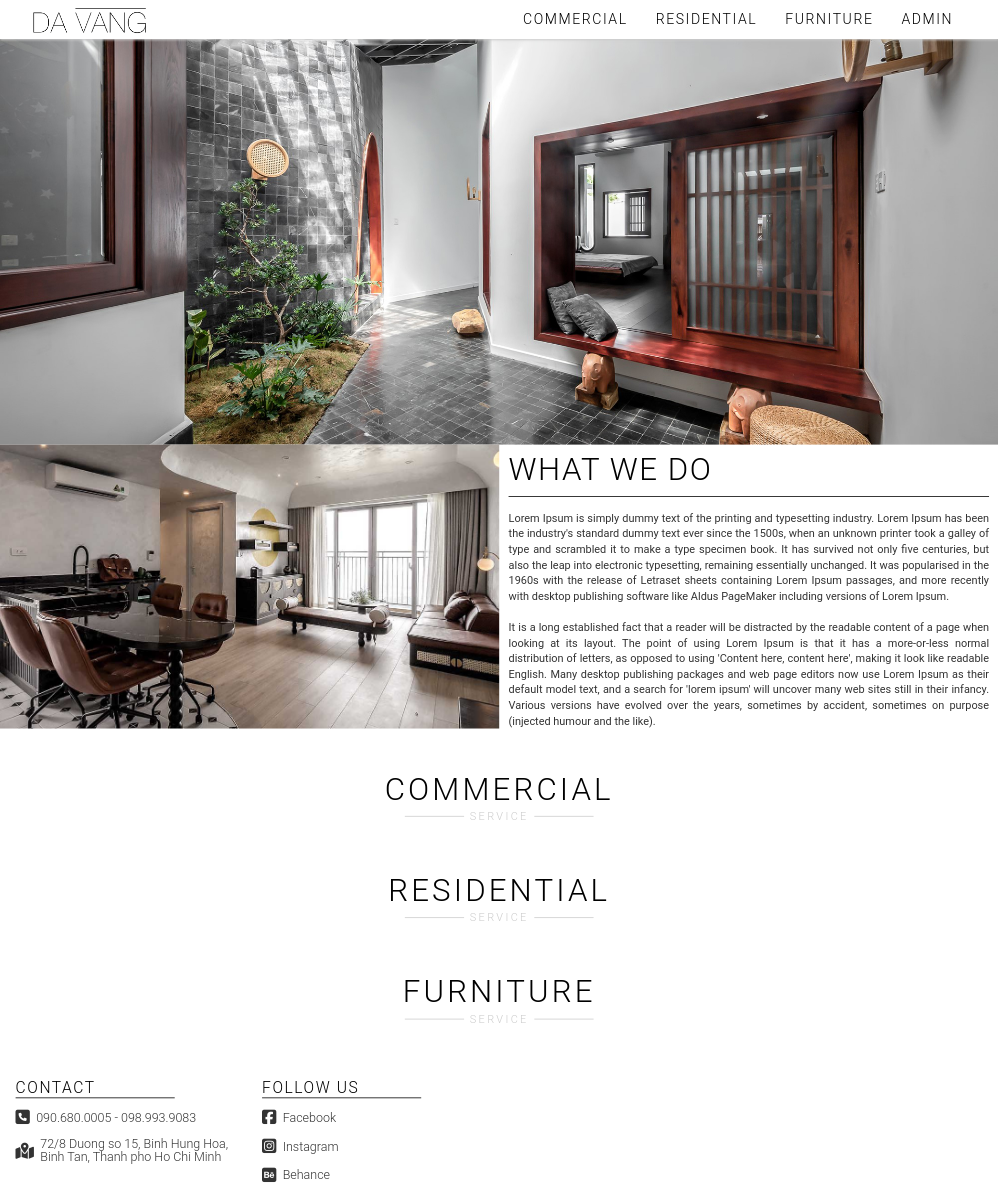
Repository: ThangNguyenT5/phpDavang
Page: http://localhost/
An editor plug-in stored every save of this project. The page is shown before and after a run of saves, followed by the edit.
The browser window is 1280 px wide. The pictures show the whole page, at 78% of full size.
Pictures or frames that could not be fetched are drawn as grey boxes. Some web libraries are served in a nearby version. The page is run by PHP 8.4 with error messages shown; the project is at /var/www/html/. Queries for data that is not in the repository find no rows.

Above is the page before, as saved 2023-06-02 07:22:59.

### index.php
<?php
    require("./connect_db.php");
    $title_commercial = 'commercial';
    $title_residential = 'residential';
    $title_furniture = 'furniture';
    $sql = "SELECT * FROM `product` WHERE `title` = '$title_commercial' ";
    $sql_res = "SELECT * FROM `product` WHERE `title` = '$title_residential' ";
    $sql_fu = "SELECT * FROM `product` WHERE `title` = '$title_furniture' ";
    $query = mysqli_query($conn,$sql);
    $query_res = mysqli_query($conn,$sql_res);
    $query_fu = mysqli_query($conn,$sql_fu);
?>
<!DOCTYPE html>
<html lang="en">
<head>
    <meta charset="UTF-8">
    <meta http-equiv="X-UA-Compatible" content="IE=edge">
    <meta name="viewport" content="width=device-width, initial-scale=1.0">
    <title>Da Vàng</title>
    <link rel="icon" href="./assets/img/Logo.png">
    <link rel="stylesheet" href="./assets/css/base.css">
    <link rel="stylesheet" href="./assets/css/main.css">
    <link rel="stylesheet" href="./assets/css/grid-ns.css">
    <link rel="stylesheet" href="./assets/css/responsive.css">
</head>
<body>
    <div class="main">
        <!-- Header -->
        <div class="header">
            <div class="grid wide">
                <div class="row header__navbar no-gutters">
                    <div class="header__logo">
                        <a href="#" class="header__logo-link">
                            <img src="./assets/img/logo_text.png" alt="" class="header__logo-img">
                        </a>
                    </div>
                    <!-- Navbar PC -->
                    <label for="navbar-mobile--checkbox" class="header__navbar-mobile">
                        <i class="header__navbar-mobile--icon fa-solid fa-bars"></i>
                    </label>
                    <input type="checkbox" hidden id="navbar-mobile--checkbox" class="header__navbar-mobile--checkbox">
                    <label for="navbar-mobile--checkbox" class="header__modal-navbar"></label>
                    <ul class="header__navbar-list">
                        <li class="header__navbar-item">
                            <label for="navbar-mobile--checkbox" class="header__navbar-mobile">
                                <i class="header__navbar-mobile--icon fa-solid fa-bars"></i>
                            </label>
                        </li>
                        <li class="header__navbar-item">
                            <a href="#commercial" class="header__navbar-item--link">Commercial</a>
                        </li>
                        <li class="header__navbar-item">
                            <a href="#residential" class="header__navbar-item--link">Residential</a>
                        </li>
                        <li class="header__navbar-item">
                            <a href="#furniture" class="header__navbar-item--link">Furniture</a>
                        </li>
                        <li class="header__navbar-item">
                            <a href="./admin/login.php" class="header__navbar-item--link">Admin</a>
                        </li>
                    </ul>
                </div>
            </div>
        </div>
        <!-- Container -->
        <div class="container">
            <!-- Slider -->
            <div class="slider_main">
                <div class="slider_item">
                    <img src="./assets/img/background_home.jpg" alt="background">
                </div>
                <div class="slider_item">
                    <img src="./assets/img/background_home 2.jpg" alt="background">
                </div>
                <div class="slider_item">
                    <img src="./assets/img/background_home 3.jpg" alt="background">
                </div>
            </div>
            <!-- About -->
            <div class="grid">
                    <div id="about" class="content__about row">
                        <div class="content__about-img col l-6 m-6 c-12" style="background-image: url(./assets/img/img_about.jpg);">
                        </div>
                        <div class="content__about-header col l-6 m-6 c-12">
                            <h1 class="content__about--heading">WHAT WE DO</h1>
                            <p class="content__about--text">
                                Lorem Ipsum is simply dummy text of the printing and typesetting industry. Lorem Ipsum has been the industry's standard dummy text ever since the 1500s, when an unknown printer took a galley of type and scrambled it to make a type specimen book. It has survived not only five centuries, but also the leap into electronic typesetting, remaining essentially unchanged. It was popularised in the 1960s with the release of Letraset sheets containing Lorem Ipsum passages, and more recently with desktop publishing software like Aldus PageMaker including versions of Lorem Ipsum.
                                <br>
                                <br>
                                It is a long established fact that a reader will be distracted by the readable content of a page when looking at its layout. The point of using Lorem Ipsum is that it has a more-or-less normal distribution of letters, as opposed to using 'Content here, content here', making it look like readable English. Many desktop publishing packages and web page editors now use Lorem Ipsum as their default model text, and a search for 'lorem ipsum' will uncover many web sites still in their infancy. Various versions have evolved over the years, sometimes by accident, sometimes on purpose (injected humour and the like).
                            </p>
                        </div>
                    </div>
            </div>
            <!-- Home Product -->
            <div id="commercial" class="grid wide">
                <!-- Service -->
                <div class="content__service-header col">
                    <h1 class="content__service--heading">COMMERCIAL</h1>
                    <span class="content__servide--sub-heading">SERVICE</span>
                </div>
                <!-- Product -->
                <div class="content__service-project row">
                    <?php
                    while ($row = mysqli_fetch_array($query)) {
                    ?>
                    <div class="col l-3 m-4 c-6">
                                    <a href="" class="content__service-item">
                                    <div class="content__service-item--img" style="background-image: url(./admin/images/<?= $row['imgUrl'] ?>);"></div>
                                </a>
                            </div>
                    <?php } ?>
                </div>
            </div>
            <div id="residential" class="grid wide">
                <!-- Service -->
                <div class="content__service-header col">
                    <h1 class="content__service--heading">RESIDENTIAL</h1>
                    <span class="content__servide--sub-heading">SERVICE</span>
                </div>
                <!-- Product -->
                <div class="content__service-project row">
                    <?php
                        while ($row = mysqli_fetch_array($query_res)) {
                        ?>
                        <div class="col l-3 m-4 c-6">
                                        <a href="" class="content__service-item">
                                        <div class="content__service-item--img" style="background-image: url(./admin/images/<?= $row['imgUrl'] ?>);"></div>
                                    </a>
                                </div>
                    <?php } ?>
            </div>
            <div id="furniture" class="grid wide">
                <!-- Service -->
                <div class="content__service-header col">
                    <h1 class="content__service--heading">FURNITURE</h1>
                    <span class="content__servide--sub-heading">SERVICE</span>
                </div>
                <!-- Product -->
                <div class="content__service-project row">
                    <?php
                        while ($row = mysqli_fetch_array($query_fu)) {
                        ?>
                        <div class="col l-12 m-12 c-12">
                                        <a href="" class="content__service-item">
                                        <div class="content__service-item--img" style="background-image: url(./admin/images/<?= $row['imgUrl'] ?>);"></div>
                                    </a>
                                </div>
                    <?php } ?>
                </div>
            </div>
        </div>
        <!-- Footer -->
        <div class="footer grid">
            <div class="footer row">
                <div class="col l-3 m-6 c-6">
                    <div class="footer__contact">
                        <h1 class="footer__contact-heading">Contact</h1>
                        <ul class="footer__contact-list">
                            <li class="footer__contact-item">
                                <p class="footer__contact-text">
                                    <i class="footer__contact-icon fa-solid fa-square-phone"></i>
                                    090.680.0005 - 098.993.9083
                                </p>
                            </li>
                            <li class="footer__contact-item">
                                <p class="footer__contact-text">
                                    <i class="footer__contact-icon fa-solid fa-map-location-dot"></i>
                                    72/8 Duong so 15, Binh Hung Hoa, Binh Tan, Thanh pho Ho Chi Minh
                                </p>
                            </li>
                        </ul>
                    </div>
                </div>
                <div class="col l-3 m-6 c-6">
                    <div class="footer__follow">
                        <h1 class="footer__follow-heading">Follow Us</h1>
                        <ul class="footer__follow-list">
                            <li class="footer__follow-item">
                                <a href="https://www.facebook.com/davangstudio" class="footer__follow-link">
                                    <i class="footer__follow-icon fa-brands fa-facebook-square"></i>
                                    Facebook
                                </a>
                            </li>
                            <li class="footer__follow-item">
                                <a href="https://www.instagram.com/davang.com.vn" class="footer__follow-link">
                                    <i class="footer__follow-icon fa-brands fa-instagram-square"></i>
                                    Instagram
                                </a>
                            </li>
                            <li class="footer__follow-item">
                                <a href="https://www.behance.net/keinguyen5691" class="footer__follow-link">
                                    <i class="footer__follow-icon fa-brands fa-behance-square"></i>
                                    Behance
                                </a>
                            </li>

                        </ul>
                    </div>
                </div>
                <div class="col l-6 m-12 c-12">
                    <iframe src="https://www.google.com/maps/embed?pb=!1m18!1m12!1m3!1d3919.1269469559106!2d106.60554891528407!3d10.801587961681218!2m3!1f0!2f0!3f0!3m2!1i1024!2i768!4f13.1!3m3!1m2!1s0x31752bbaaee4263f%3A0xc0714c99622bdcc0!2sda%20v%C3%A0ng%20studio!5e0!3m2!1svi!2s!4v1652198080525!5m2!1svi!2s" style="border:0;" allowfullscreen="" loading="lazy" referrerpolicy="no-referrer-when-downgrade" class="footer__map"></iframe>
                </div>
            </div>
        </div>
    </div>
    <script src="./app.js"></script>
    <script src="https://kit.fontawesome.com/0eca951f73.js" crossorigin="anonymous"></script>
</body>
</html>

### connect_db.php
<?php
$servername = "localhost";
$username = "root";
$password = "";
$database = "db_davang";

// Create connection
$conn = new mysqli($servername, $username, $password, $database);

// Check connection
// if ($conn->connect_error) {
//     die("Connection failed: " . $conn->connect_error);
// }
// echo "Connected successfully";
?>

### assets/css/base.css
/* reset Css */
* {
    padding: 0;
    margin: 0;
    box-sizing: inherit;
}

html {
    font-size: 62.5%;
    line-height: 1.6rem;
    font-family: 'Roboto', sans-serif;
    box-sizing: border-box;
    scroll-behavior: smooth;
}

.main {
    overflow: hidden;
}

/* Var */
:root {
    --white-color: #fff;
    --black-color: #000;
    --text-color: #333;
    --primary-color: #c7935a;
    --border-color: #ccc;

    --header-height: 50px;
    --navbar-min-width: 300px;
}

/* Animation */
@keyframes opacityUp {
    from{
        opacity: 0;
    }
    to{
        opacity: 1;
    }
}

@keyframes slideIn {
    from{
        opacity: 0;
        transform: translateX(100%);
    }
    to {
        opacity: 1;
        transform: translateX(0);
    }
}

### assets/css/responsive.css
/* PC > PC low resolution < 1024px & < 1239px */
@media (min-width: 1024px) and (max-width: 1239px) {
    .content__service-item{
        margin: 8px 0;
    }

    .footer {
        margin: unset;
    }
    .footer.row {
        margin: 0 8px;
        margin-top: var(--header-height);
    }
}

/* Mobile & Tablet */
@media (max-width: 1023px) {
    .hide-on-mobile-tablet {
        display: none;
    }
    .header__navbar-mobile {
        display: flex;
    }
    .content__about {
        margin-top: -9px;
    }
    .content__about--heading {
        font-size: 2rem;
        line-height: 2.2rem;
        padding: 8px 0;
    }
    .content__about--text {
        padding-top: 10px;
        font-size: 1rem;
        line-height: 1.2rem;
    }
    .header__navbar-list {
        display: block;
        position: fixed;
        min-width: var(--navbar-min-width);
        background-color: #FFF;
        top: 0;
        bottom: 0;
        right: 0;
        /* animation: slideIn linear 0.2s; */
        opacity: 0;
        transform: translateX(100%);
        transition: transform linear 0.2s, opacity linear 0.2s;
    }
    .footer {
        margin: unset;
    }
    .footer.row {
        margin: 0 8px;
        margin-top: var(--header-height);
    }
}

/* Tablet */
@media (min-width: 740px) and (max-width: 1023px) {
    .hide-on-tablet{
        display: none;
    }
    .content__service-item{
        margin: 8px 0;
    }
}

/* Mobile */
@media (max-width: 739px) {
    .hide-on-mobile{
        display: none;
    }
    .header__logo {
        margin-left: 8px;
    }
    .header__navbar-list{
        min-width: calc(var(--navbar-min-width) - 50px);
    }
    .content__about.row{
        flex-direction: column-reverse;
    }
    .content__about-header {
        margin: 0 8px;
    }
    .content__about--heading,
    .content__about--text {
        margin: unset;
    }
    .content__about--heading {
        padding-top: 16px;
    }

    .content__about-img{
        padding-top: 100%;
    }
    .content__service-item{
        margin: 4px 0;
    }
    .content__service-project {
        margin: 0 -10px;
    }
}

Loaded but not shown: app.js (20 lines, source omitted); assets/css/grid-ns.css (590 lines, source omitted); assets/css/main.css (338 lines, source omitted)

After the next 2 saves:
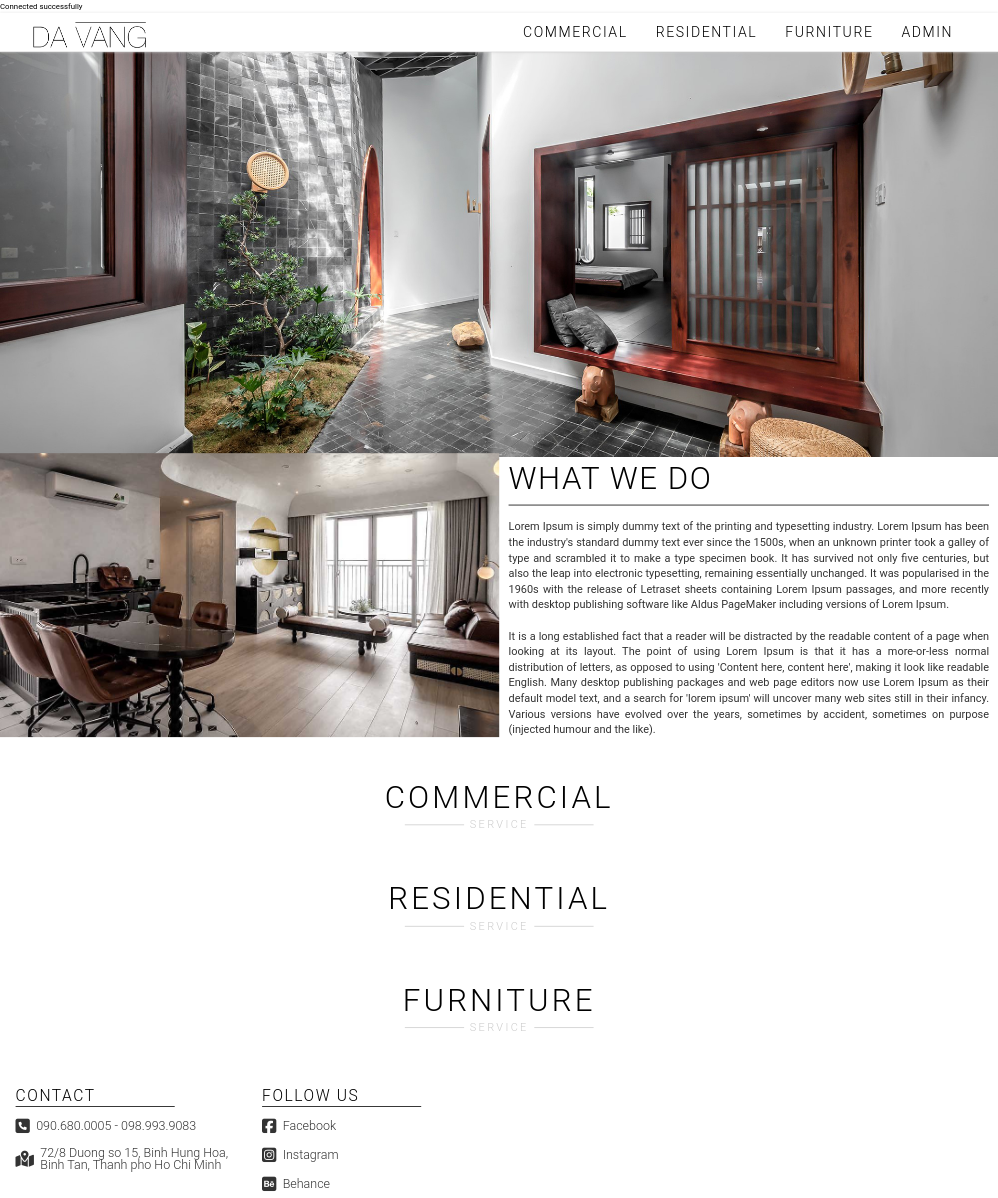
The 2 saves are shown as one change because they came seconds apart.
The last was saved 22 days later.
--- a/connect_db.php
+++ b/connect_db.php
@@ -8,8 +8,8 @@
 $conn = new mysqli($servername, $username, $password, $database);
 
 // Check connection
-// if ($conn->connect_error) {
-//     die("Connection failed: " . $conn->connect_error);
-// }
-// echo "Connected successfully";
+if ($conn->connect_error) {
+    die("Connection failed: " . $conn->connect_error);
+}
+echo "Connected successfully";
 ?>

After the save that followed:
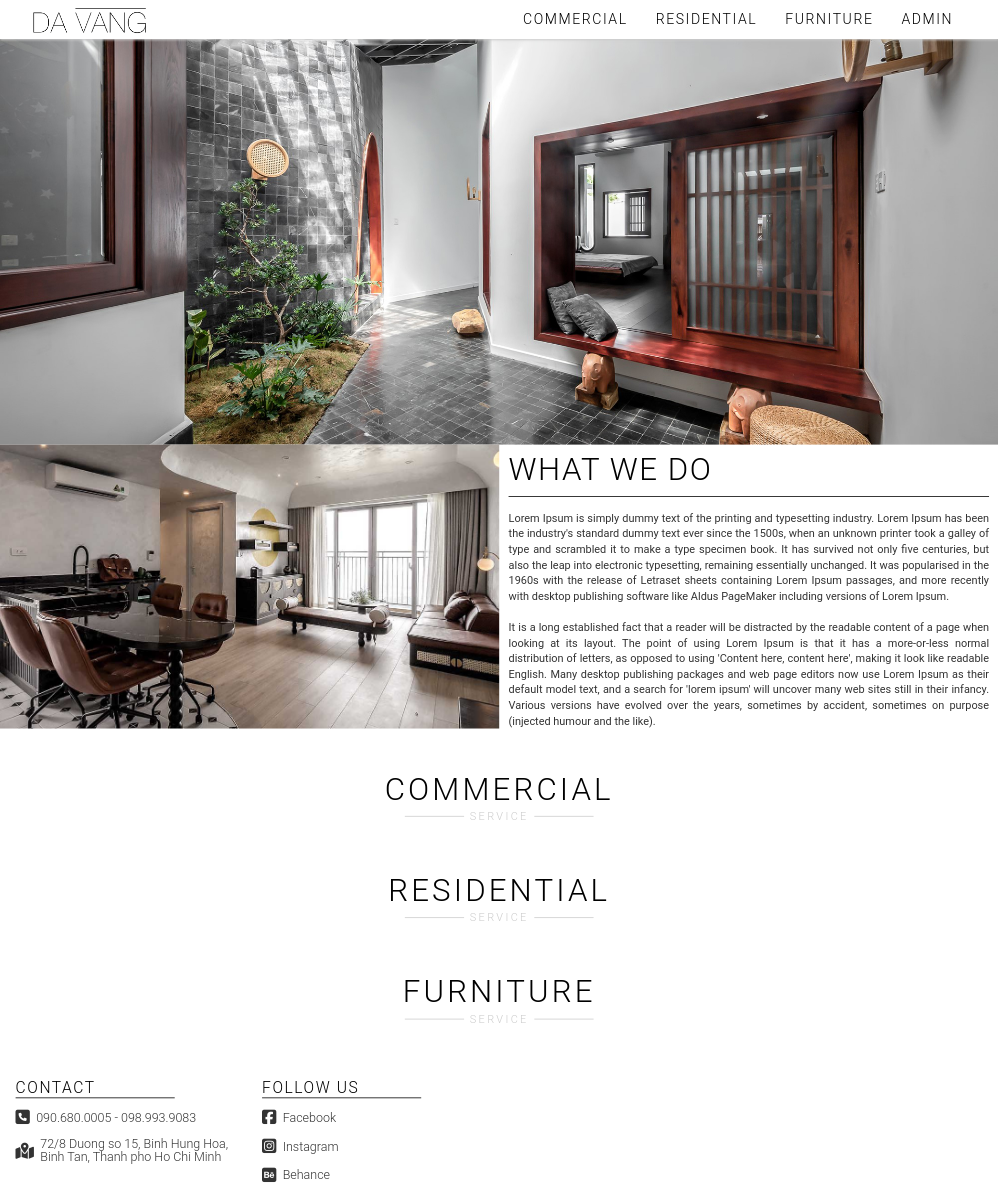
Saved 28 s later.
--- a/connect_db.php
+++ b/connect_db.php
@@ -11,5 +11,5 @@
 if ($conn->connect_error) {
     die("Connection failed: " . $conn->connect_error);
 }
-echo "Connected successfully";
+// echo "Connected successfully";
 ?>
